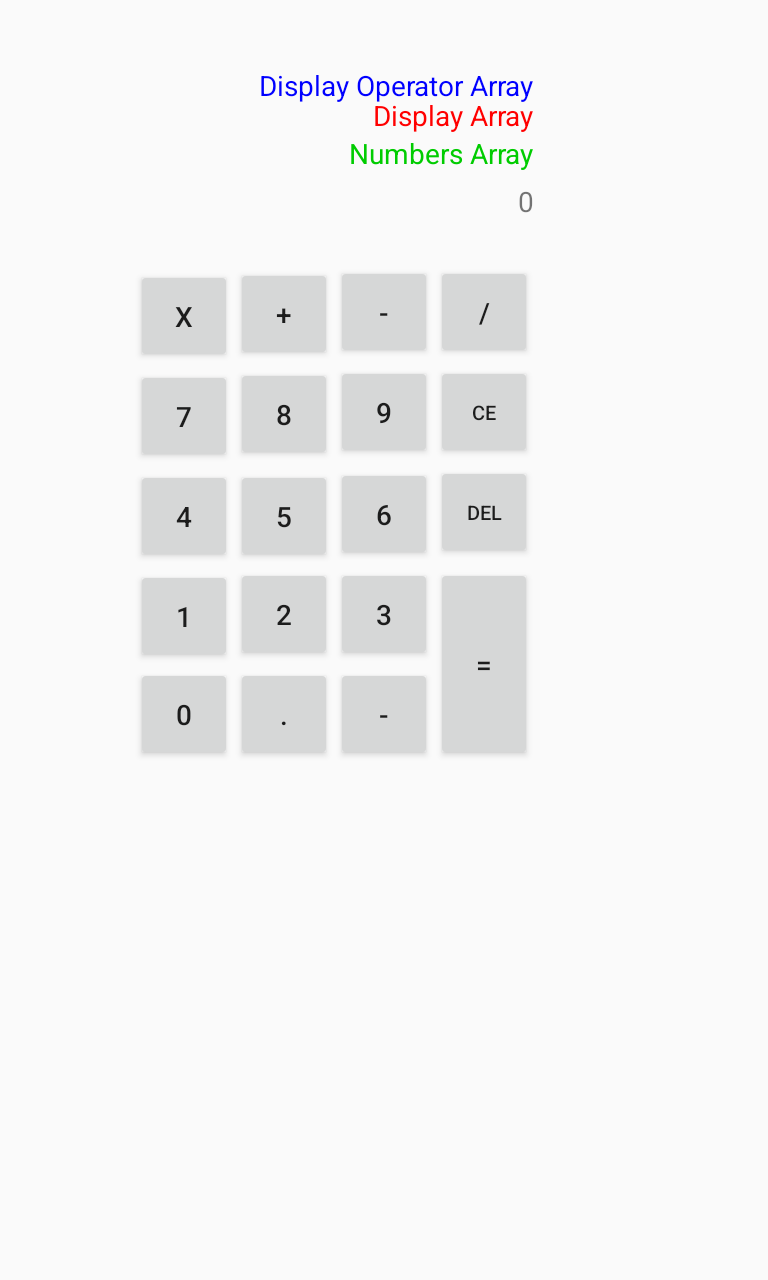
Repository: expensivecow/Calculator
Layout: Calculator_Implementation/res/layout/activity_main.xml
An editor plug-in stored every save of this project. The layout is shown before and after the next save, followed by the edit.
It is drawn on a 768 x 1280 px phone screen (xhdpi) without system bars, with theme AppTheme; the app's code is not run.

Above is the layout before, as saved 2014-10-09 04:08:47.

After the next save:
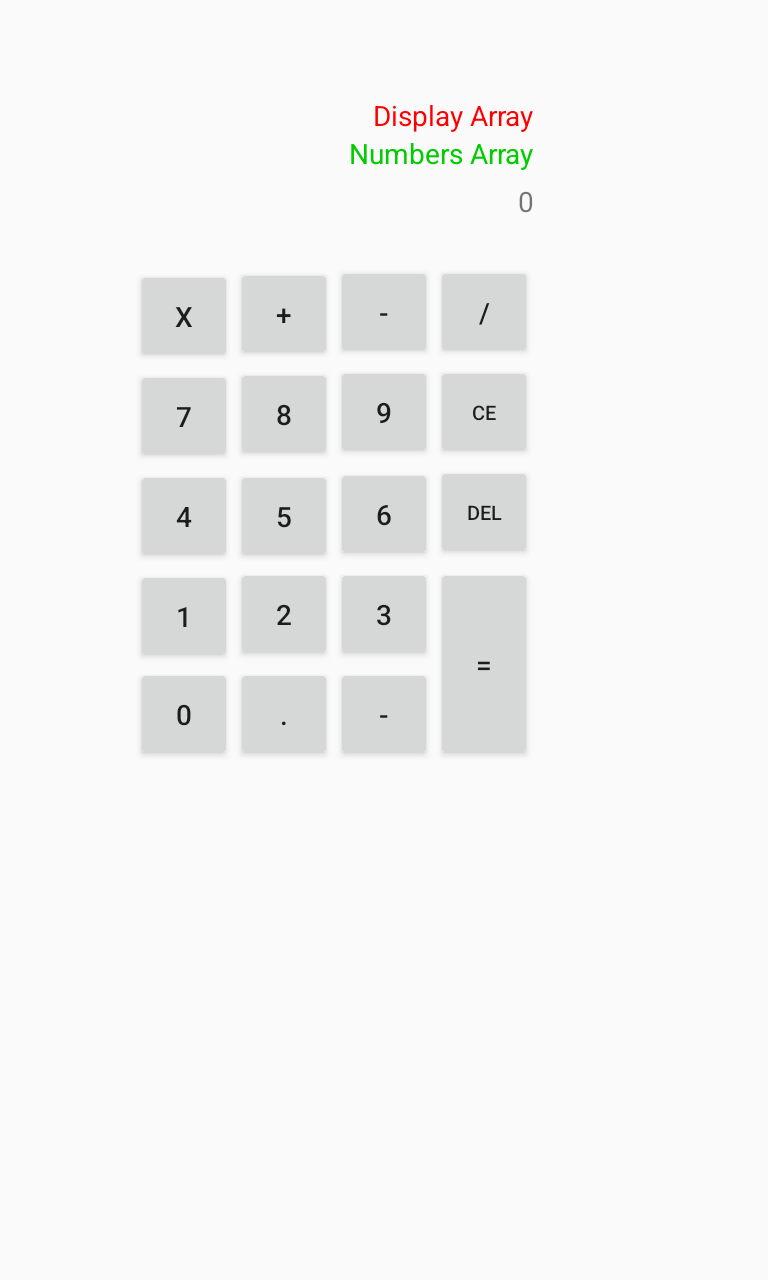
Saved 2 min 17 s later.
--- a/Calculator_Implementation/res/layout/activity_main.xml
+++ b/Calculator_Implementation/res/layout/activity_main.xml
@@ -201,14 +201,5 @@
         android:textColor="#00CC00"
         android:text="@string/NumberList" />
 
-    <TextView
-        android:id="@+id/DisplayOperator"
-        android:layout_width="wrap_content"
-        android:layout_height="wrap_content"
-        android:layout_alignBottom="@+id/DisplayArray"
-        android:layout_alignRight="@+id/DisplayArray"
-        android:layout_marginBottom="15dp"
-        android:text="@string/DisplayOperator"
-        android:textColor="#0000FF" />
 
 </RelativeLayout>
